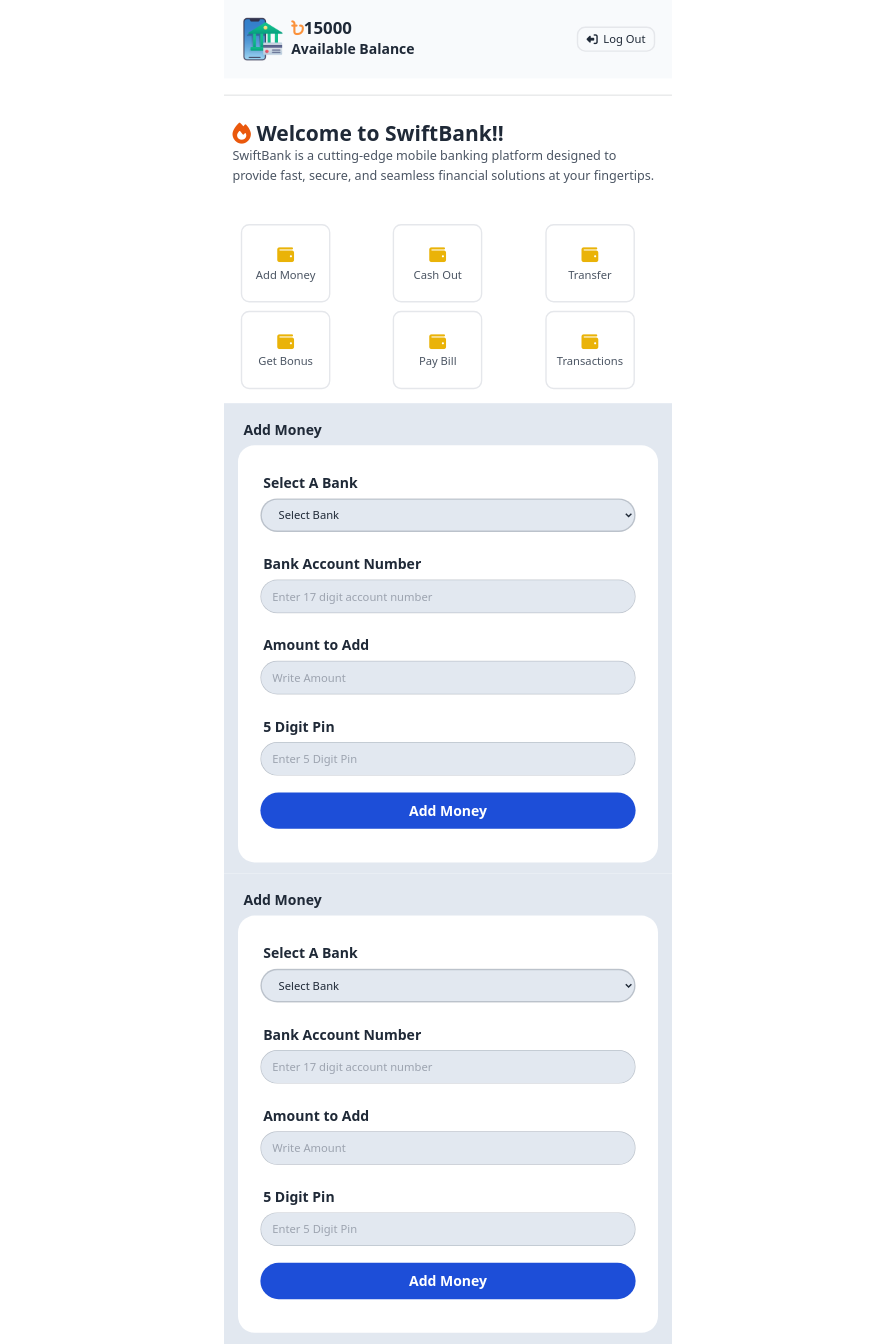
Repository: mukaddam-coder/swift-bank-mobile-banking
Page: home.html
These files come from the project's save history. The page is drawn as it stood at one moment and after the next save; the edit follows.
The browser window is 1280 px wide. The pictures show the whole page, at 70% of full size.
Some web libraries are served in a nearby version.

Above is the page before, as saved 2024-12-13 03:46:49.

After the next save:
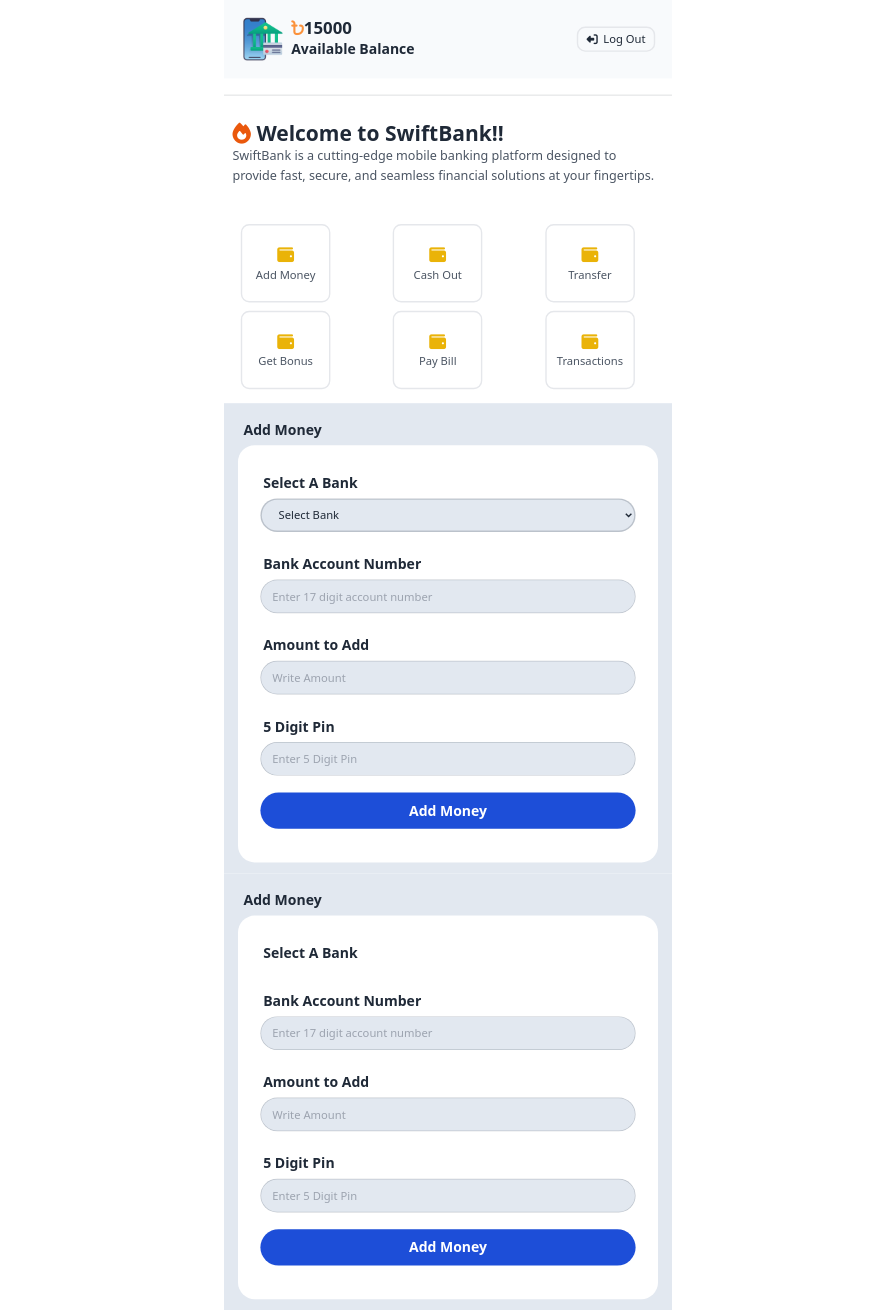
Saved 76 s later.
--- a/home.html
+++ b/home.html
@@ -152,15 +152,7 @@
               <label class="label">
                 <span class="label-text font-semibold text-xl">Select A Bank</span>
               </label>
-              <select id="bank"  class="input-bordered rounded-full bg-slate-200 h-12 px-5 border-2">
-                <option value="Select Bank">Select Bank</option>
-                <option value="AB Bank PLC">AB Bank PLC</option>
-                <option value="Bangladesh Commerce Bank Limited">Bangladesh Commerce Bank Limited</option>
-                <option value="Islami Bank Bangladesh PLC">Islami Bank Bangladesh PLC</option>
-                <option value="Dutch-Bangla Bank PLC">Dutch-Bangla Bank PLC</option>
-                <option value="Jamuna Bank Limited">Jamuna Bank Limited</option>
-                <option value="Trust Bank PLC">Trust Bank PLC</option>
-              </select>
+
               </div>
 
             <div class="form-control mb-4">
